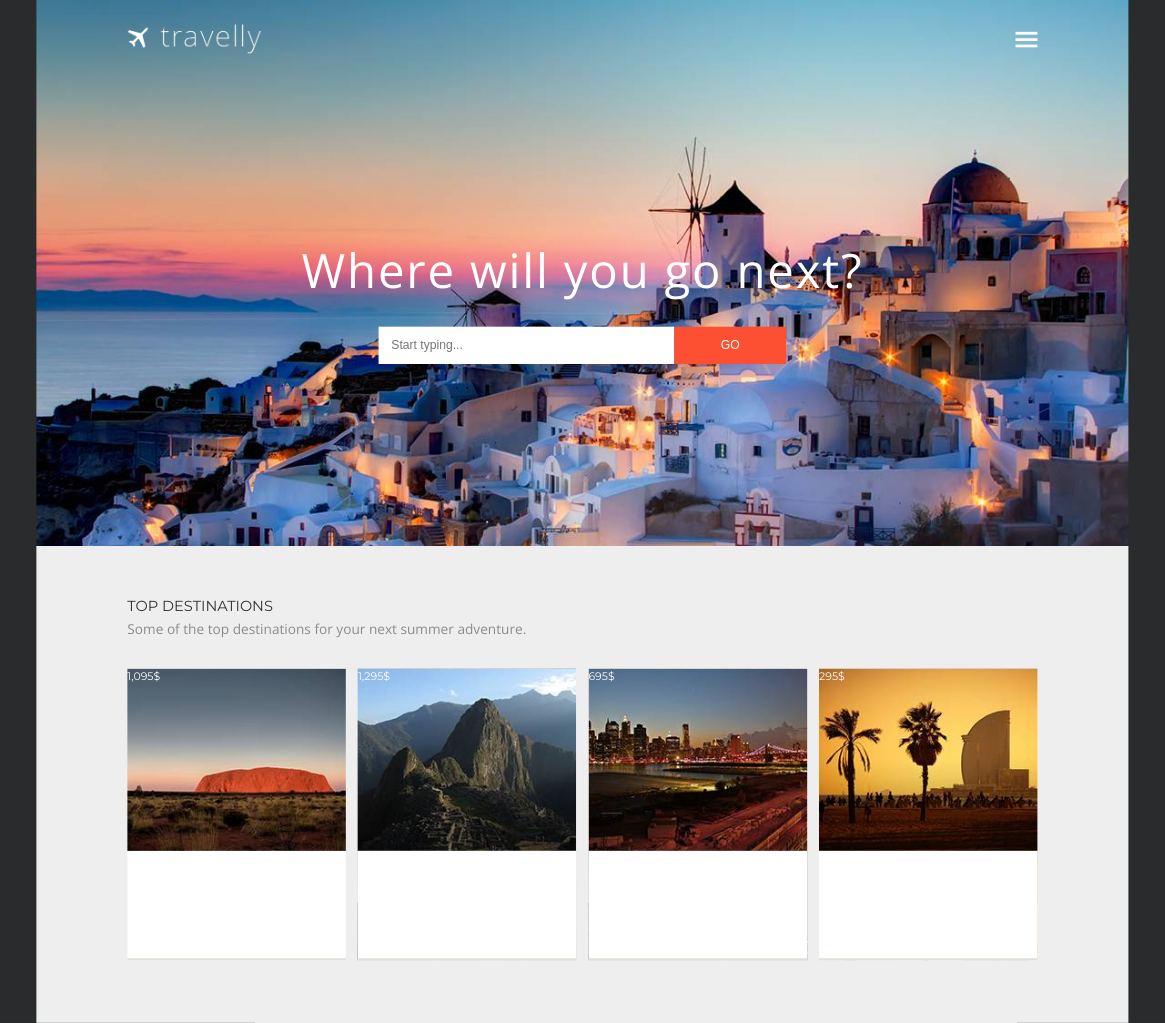
Repository: YusifHasanov/Web-Page-Template
Page: index.html
The author's editor kept a copy of each file at every save. The page is drawn from the files as they stood at one save, then again after the next save.
The browser window is 1280 px wide. The pictures show the whole page, at 91% of full size.

Above is the page before, as saved 2021-12-05 21:32:11.

### index.html
<!DOCTYPE html>
<html lang="en">
<head>
  <!-- !required meta tags -->
  <meta charset="UTF-8">
  <meta http-equiv="X-UA-Compatible" content="IE=edge">
  <meta name="viewport" content="width=device-width, initial-scale=1.0">
  <title>Document</title>
  <!-- !style css -->
  <link rel="stylesheet" href="./css/style.css" />
</head>
<body>

  <div class="container">
      <div class="header useless">
        <div class="navBar d-flex justify-between align-end">
          <img src="./img/logo.png" alt="traveller company logo" />
          <img src="./img/menubar.png" class="hamburger" alt="hamburger menu logo" />
        </div>
        <h1>Where will you go next?</h1>
        <form class="d-flex justify-center">
          <input type="text" id="search" name="search" [aria-label="search"] placeholder="Start typing..." />
          <button type="submit" role="button">GO</button>
        </form>
      </div>
      <div class="top-destinations useless">
            <h2>Top destinations</h2>
            <p>Some of the top destinations for your next summer adventure.</p>

            <div class="flex-container d-flex justify-between">
              <div class="flex-item">
                <div class="top australia">
                  <span>1,095$</span>
                </div>
                <div class="down"></div>
              </div>
              <div class="flex-item s-america">
                <div class="top">
                   <span>1,295$</span>
                </div>
                <div class="down"></div>
              </div>
              <div class="flex-item n-america">
                <div class="top">
                   <span>695$</span>
                </div>
                <div class="down"></div>
              </div>
              <div class="flex-item europe">
                <div class="top">
                   <span>295$</span>
                </div>
                <div class="down"></div>
              </div>
            </div>
      </div>
  </div>

</body>
</html>

### css/style.css
@import url('https://fonts.googleapis.com/css2?family=Montserrat&family=Open+Sans:wght@300;400&display=swap');

* {
  margin: 0;
  padding: 0;
  outline: 0;
  border: 0;
  box-sizing: border-box;
}

body {
  min-height: 100vh;
  background-color: #292b2c;
}

.d-flex {
  display: flex;
}

.justify-center {
  justify-content: center;
}

.justify-between {
  justify-content: space-between;
}

.align-end {
  align-items: flex-end;
}

.useless {
  padding-left: 8.33%;
  padding-right: 8.33%;
}

.container {
  max-width: 1200px;
  margin-left: auto;
  margin-right: auto;
}

.header {
  height: 600px;
  background-image: url(./../img//backgr.jpg);
}

.navBar {
  padding-top: 26px;
}

.hamburger {
  margin-bottom: 6px;
}

.header > h1 {
  font-size: 52px;
  letter-spacing: 2px;
  color: #ffffff;
  font-weight: 300;
  font-family: 'Open Sans', sans-serif;
  text-align: center;
  line-height: 45px;
  margin-top: 215px;
}

.header > h1 + form {
  margin-top: 40px;
  height: 41px;
}

button[type='submit'] {
  width: 123px;
  background-color: #fd4f32;
  color: white;
}

.header input[type='text'] {
  width: 325px;
  padding-left: 14px;
}

.top-destinations {
  padding-top: 59px;
  padding-bottom: 69px;
  background-color: #eee;
}

.top-destinations > h2 {
  font-size: 16px;
  letter-spacing: 0px;
  color: #323232;
  font-weight: 400;
  font-family: 'Montserrat', sans-serif;
  text-transform: uppercase;
  line-height: 13px;
}

.top-destinations > p {
  font-size: 15px;
  letter-spacing: 0px;
  color: #8b8b8b;
  font-weight: 400;
  font-family: 'Open Sans', sans-serif;
  line-height: 10px;
  margin-top: 14px;
}

.flex-container {
  margin-top: 39px;
}

.flex-item {
  width: 24%;
}

.top {
  height: 200px;
  position: relative;
}

.top > span {
  position: absolute;
  font-size: 12px;
  letter-spacing: 0px;
  color: #ffffff;
  font-weight: 400;
  font-family: 'Montserrat',sans-serif;
  text-align: right;
}

.down {
  height: 120px;
  background-color: white;
  border-bottom: 2px solid #e1dfd8;
}

.australia {
  background-image: url(./../img/amazing-a.jpg);
}

.s-america {
  background-image: url(./../img/s-america.jpg);
}

.n-america {
  background-image: url(./../img/n-america.jpg);
}

.europe {
  background-image: url(./../img/europe.jpg);
}

After the next save:
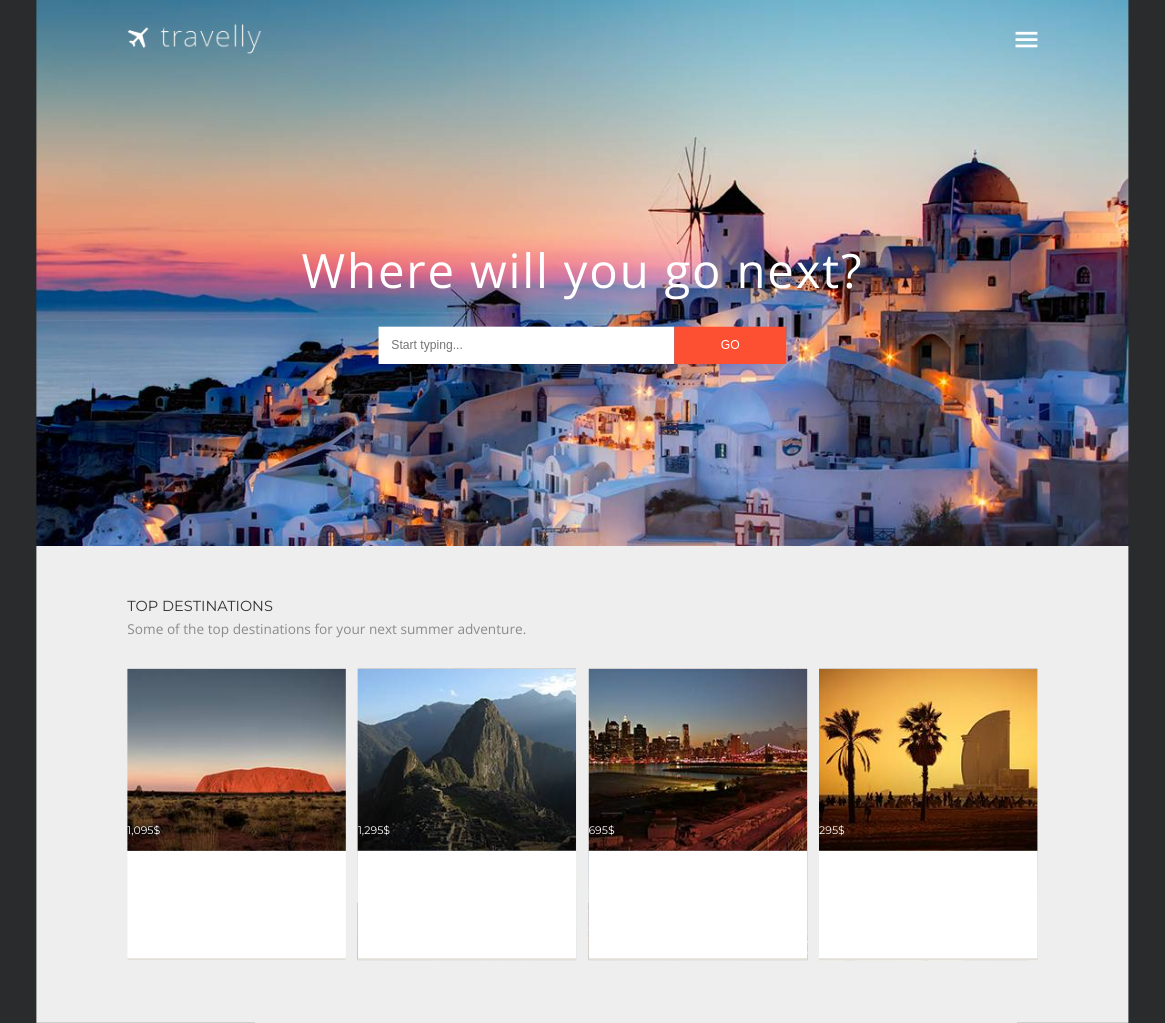
Saved 54 s later.
--- a/css/style.css
+++ b/css/style.css
@@ -127,6 +127,7 @@ button[type='submit'] {
   font-weight: 400;
   font-family: 'Montserrat',sans-serif;
   text-align: right;
+  bottom: 16px;
 }
 
 .down {
